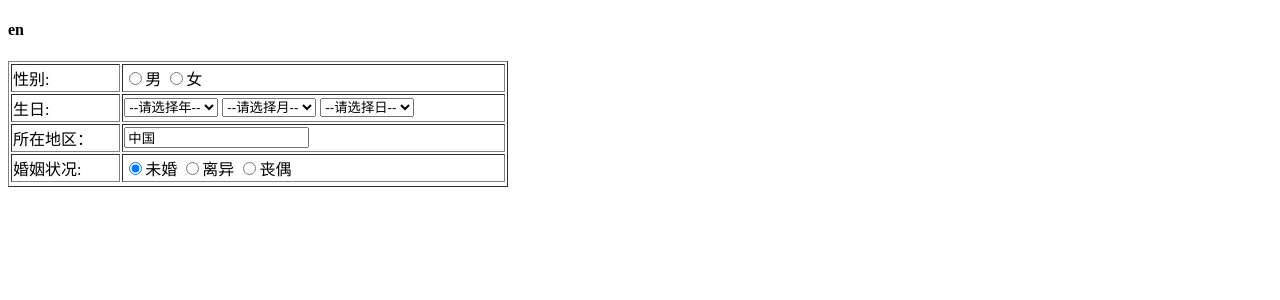
Repository: Qwenicq/My_project
Page: html/HTML_learning/exampl.html
The author's editor kept a copy of each file at every save. The page is drawn from the files as they stood at one save, then again after the next save.
The browser window is 1280 px wide. The pictures show the whole page.

Above is the page before, as saved 2023-03-29 21:31:37.

After the next save:
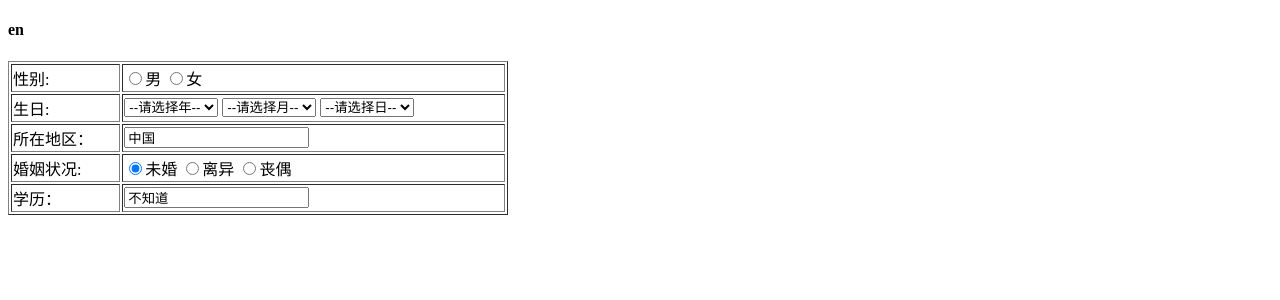
Saved 24 min 35 s later.
--- a/html/HTML_learning/exampl.html
+++ b/html/HTML_learning/exampl.html
@@ -63,6 +63,9 @@
             </td>
         </tr>
         <tr>
+            <td>学历：</td>
+            <td><input type="text" value="不知道"></td>
+        </tr>
     </table>
 </body>
 </html>
